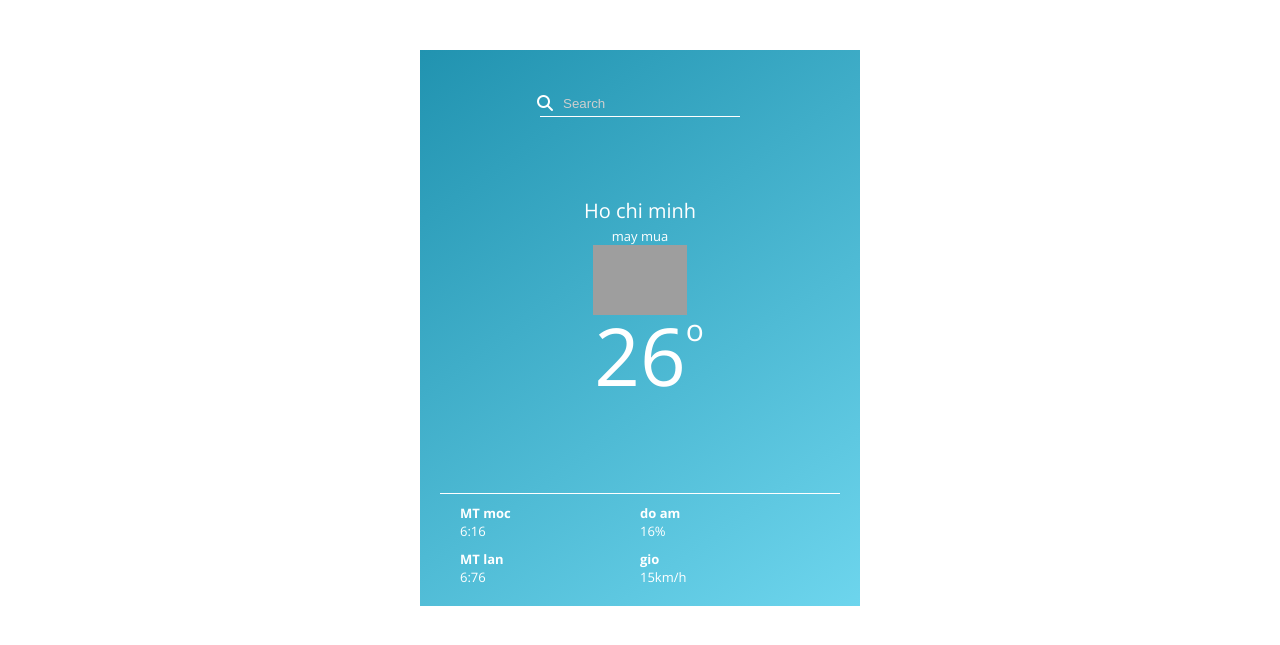
Repository: tienbkvn0605/weatherApp
Page: index.html
The author's editor kept a copy of each file at every save. The page is drawn from the files as they stood at one save, then again after the next save.
The browser window is 1280 px wide. The pictures show the whole page.
Pictures or frames that could not be fetched are drawn as grey boxes.

Above is the page before, as saved 2022-10-07 18:26:24.

### index.html
<!DOCTYPE html>
<html lang="en">
  <head>
    <meta charset="UTF-8" />
    <meta http-equiv="X-UA-Compatible" content="IE=edge" />
    <meta name="viewport" content="width=device-width, initial-scale=1.0" />
    <link
      rel="stylesheet"
      href="https://cdnjs.cloudflare.com/ajax/libs/font-awesome/6.2.0/css/all.min.css"
      integrity="sha512-xh6O/CkQoPOWDdYTDqeRdPCVd1SpvCA9XXcUnZS2FmJNp1coAFzvtCN9BmamE+4aHK8yyUHUSCcJHgXloTyT2A=="
      crossorigin="anonymous"
      referrerpolicy="no-referrer"
    />
    <link
      href="https://fonts.googleapis.com/css2?family=Open+Sans:ital,wght@0,300;0,700;1,400&display=swap"
      rel="stylesheet"
    />
    <link rel="stylesheet" href="appstyle.css" />
    <title>Get Weather</title>
  </head>
  <body>
    <div class="container">
      <div class="main-section">
        <div class="search-bar">
          <i class="fa fa-search" aria-hidden="true"></i>
          <input
            type="text"
            placeholder="Search"
            id="search-input"
            name="serch-city"
          />
        </div>
        <div class="info-wrapper">
          <p class="city-name">Ho chi minh</p>
          <p class="weather-state">may mua</p>
          <img
            src="http://openweathermap.org/img/wn/10d@2x.png"
            alt="weather icon"
            class="weather-icon"
          />
          <p class="temperature">26</p>
        </div>
      </div>
      <div class="additional-section">
        <div class="row">
          <div class="item">
            <div class="lable">MT moc</div>
            <div class="value">6:16</div>
          </div>
          <div class="item">
            <div class="lable">MT lan</div>
            <div class="value">6:76</div>
          </div>
        </div>
        <div class="row">
          <div class="item">
            <div class="lable">do am</div>
            <div class="value">16%</div>
          </div>
          <div class="item">
            <div class="lable">gio</div>
            <div class="value">15km/h</div>
          </div>
        </div>
      </div>
    </div>
  </body>
  <script src="app.js"></script>
</html>

### appstyle.css
* {
  padding: 0;
  margin: 0;
}
body {
  font-family: "Open Sans", sans-serif;
}
.container {
  color: white;
  width: 400px;
  background: linear-gradient(145deg, #2193b0, #6dd5ed);
  margin: 50px auto;
  padding: 20px;
}
.search-bar {
  width: 50%;
  margin: 0 auto;
  padding-top: 20px;
  display: flex;
  align-items: center;
  justify-content: center;
  position: relative;
  border-bottom: 1px solid white;
}
.search-icon {
  margin-right: 5px;
  position: absolute;
  left: 0;
}
#search-input {
  left: 0;
  border: 0;
  outline: 0;
  padding: 3px 3px 3px 10px;
  background: transparent;
  height: 20px;
  color: white;
}
#search-input::placeholder {
  color: rgb(206, 206, 206);
}
.info-wrapper {
  display: flex;
  align-items: center;
  flex-direction: column;
  height: 30vh;
  padding: 80px 50px;
}
.city-name {
  font-size: 20px;
  margin-bottom: 3px;
}
.weather-state {
  font-size: 13px;
}
.weather-icon {
  width: 9;
  height: 70px;
}
.temperature {
  font-size: 80px;
  font-weight: lighter;
  line-height: 1;
  position: relative;
}
.temperature::after {
  content: "o";
  position: absolute;
  font-size: 30px;
}
.additional-section {
  border-top: 1px solid white;
  display: flex;
  padding: 10px 20px;
  font-size: 13px;
}
.additional-section .row {
  width: 50%;
}
.additional-section .item {
  margin-bottom: 10px;
}
.additional-section .item:nth-child(even) {
  margin-bottom: -10px;
}
.lable {
  font-weight: bold;
}

### app.js
const app_ID = "17de4b829b485eae9035d18c0247a890";

const searchInput = document.querySelector("#search-input");
const cityName = document.querySelector(".city-name");
const temperature = document.querySelector(".temperature");
const weatherState = document.querySelector(".weather-state");
const weatherIcon = document.querySelector(".weather-icon");
let lat, lon;

searchInput.addEventListener("change", (e) => {
  fetch(
    `http://api.openweathermap.org/geo/1.0/direct?q=${e.target.value}&limit=1&appid=${app_ID}`
  ).then(async (res) => {
    const data = await res.json();
    lat = data[0].lat.toFixed(2);
    lon = data[0].lon.toFixed(2);
    getTemperration();
  });
});
function getTemperration() {
  fetch(
    `https://api.openweathermap.org/data/2.5/weather?lat=${lat}&lon=${lon}&appid=${app_ID}&units=metric&lang=vi`
  ).then(async (res) => {
    const resual = await res.json();
    console.log(resual);
    cityName.textContent = resual.name;
    temperature.textContent = parseInt(resual.main.temp);
    weatherState.textContent = resual.weather[0].description;
    weatherIcon.setAttribute(
      "src",
      `http://openweathermap.org/img/wn/${resual.weather[0].icon}@2x.png`
    );
    weatherIcon.style = "font-size: 30px";
  });
}

After the next save:
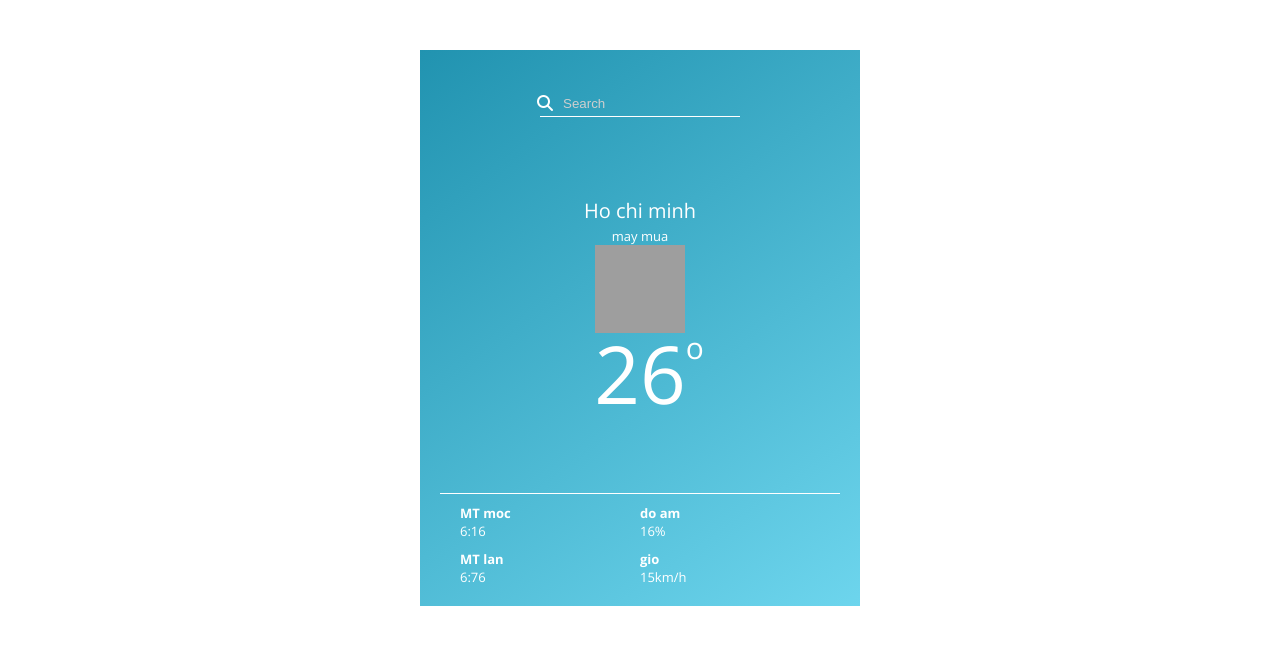
Saved 11 s later.
--- a/appstyle.css
+++ b/appstyle.css
@@ -54,8 +54,8 @@ body {
   font-size: 13px;
 }
 .weather-icon {
-  width: 9;
-  height: 70px;
+  width: 90px;
+  height: 90px;
 }
 .temperature {
   font-size: 80px;
